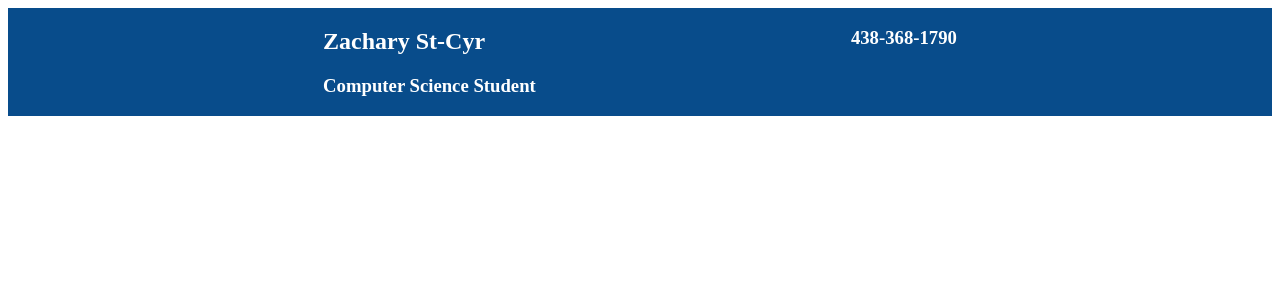
Repository: zackaroo20/Resume-CV
Page: CV.html
The author's editor kept a copy of each file at every save. The page is drawn from the files as they stood at one save, then again after the next save.
The browser window is 1280 px wide. The pictures show the whole page.

Above is the page before, as saved 2026-03-02 15:18:46.

After the next save:
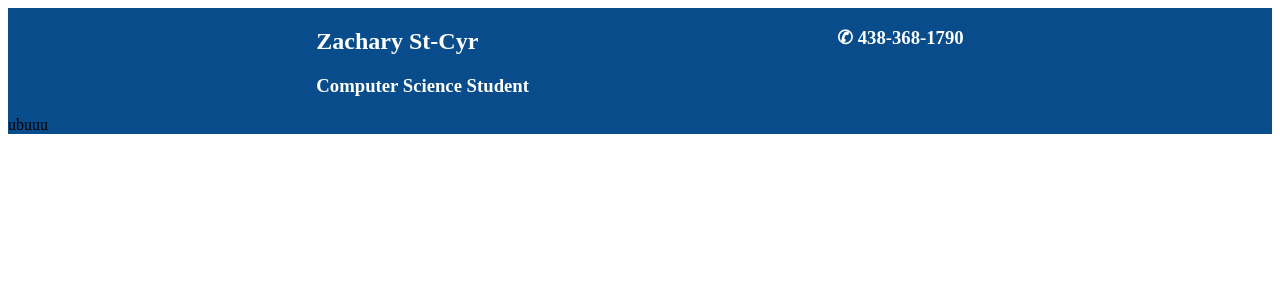
Saved 104 s later.
--- a/CV.html
+++ b/CV.html
@@ -13,14 +13,16 @@
             <h1>Zachary St-Cyr  </h1> <h3>Computer Science Student</h3>
         </section>
         <aside>
-            <h3>438-368-1790</h3>
+            <h3> ✆ 438-368-1790</h3>
+            <h3><a></a></h3>
         </aside>
-
-
-
 
     </header>
 
+
 </body>
 </main>
+<footer>
+   ubuuu
+</footer>
 </html>
